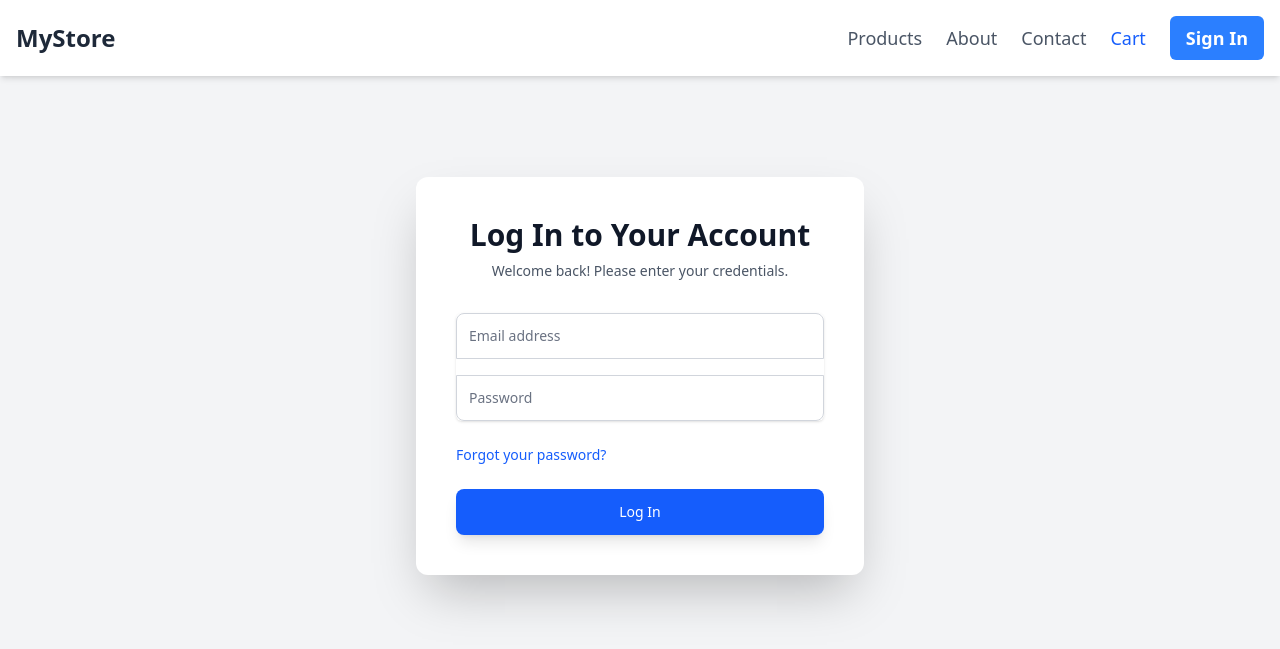
Repository: ehsanabbasifar-developer/next-store
Page: /login
The author's editor kept a copy of each file at every save. The page is drawn from the files as they stood at one save, then again after the next save.
The browser window is 1280 px wide. The pictures show the whole page.
The project was rebuilt for these pictures with package versions that can differ from the ones it lists, and the page was loaded fresh each time. The framework's server and built-in components were replaced by stand-ins that run in the browser. Also part of the build but not shown: next.config.ts.

Above is the page before, as saved 2025-10-01 03:51:57.

After the next save:
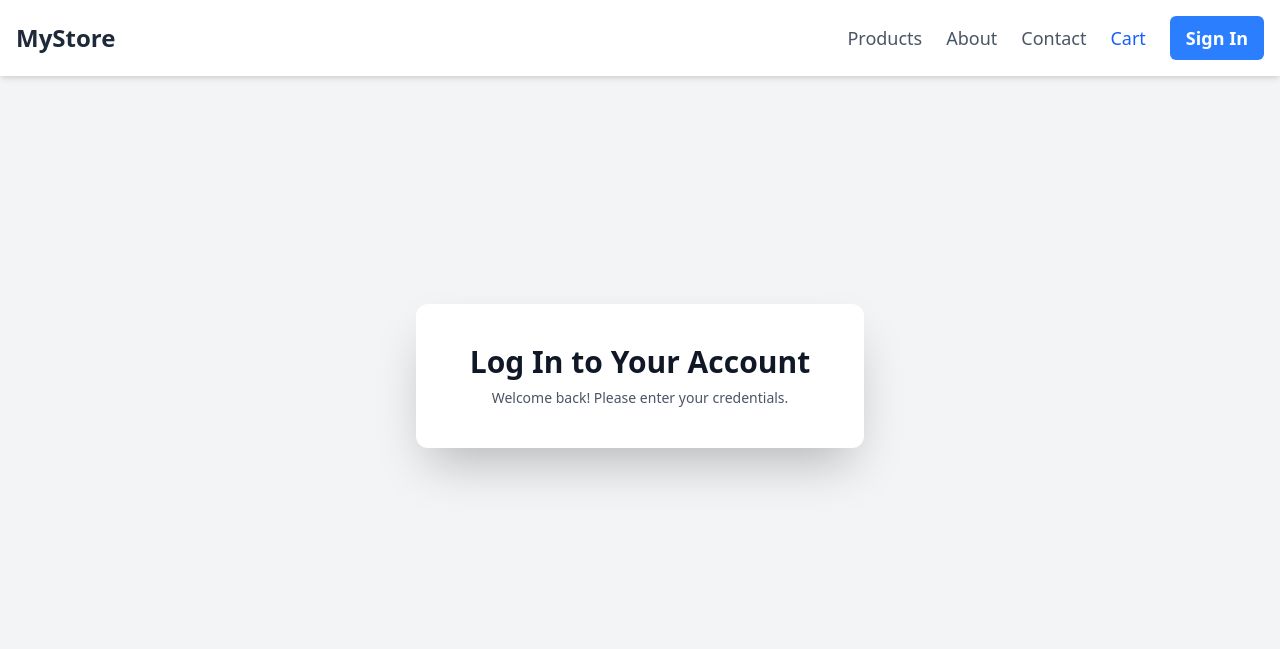
Saved 21 s later.
--- a/src/app/login/page.tsx
+++ b/src/app/login/page.tsx
@@ -17,63 +17,7 @@ export default function LoginPage() {
             </p>
           </div>
 
-          <form className="mt-8 space-y-6" action="#" method="POST">
-            <div className="rounded-md shadow-sm -space-y-px">
-              {/* Email Field */}
-              <div className="mb-4">
-                <label htmlFor="email-address" className="sr-only">
-                  Email address
-                </label>
-                <input
-                  id="email-address"
-                  name="email"
-                  type="email"
-                  autoComplete="email"
-                  required
-                  placeholder="Email address"
-                  className="appearance-none rounded-none relative block w-full px-3 py-3 border border-gray-300 placeholder-gray-500 text-gray-900 rounded-t-lg focus:outline-none focus:ring-blue-500 focus:border-blue-500 sm:text-sm transition-colors"
-                />
-              </div>
 
-              {/* Password Field */}
-              <div>
-                <label htmlFor="password" className="sr-only">
-                  Password
-                </label>
-                <input
-                  id="password"
-                  name="password"
-                  type="password"
-                  autoComplete="current-password"
-                  required
-                  placeholder="Password"
-                  className="appearance-none rounded-none relative block w-full px-3 py-3 border border-gray-300 placeholder-gray-500 text-gray-900 rounded-b-lg focus:outline-none focus:ring-blue-500 focus:border-blue-500 sm:text-sm transition-colors"
-                />
-              </div>
-            </div>
-
-            <div className="flex items-center justify-between">
-              {/* Forget Password Link */}
-              <div className="text-sm">
-                <a
-                  href="#"
-                  className="font-medium text-blue-600 hover:text-blue-500 transition-colors"
-                >
-                  Forgot your password?
-                </a>
-              </div>
-            </div>
-
-            {/* Submit Button */}
-            <div>
-              <button
-                type="submit"
-                className="group relative w-full flex justify-center py-3 px-4 border border-transparent text-sm font-medium rounded-lg text-white bg-blue-600 hover:bg-blue-700 focus:outline-none focus:ring-2 focus:ring-offset-2 focus:ring-blue-500 shadow-lg transition-colors"
-              >
-                Log In
-              </button>
-            </div>
-          </form>
         </div>
       </main>
     </div>
